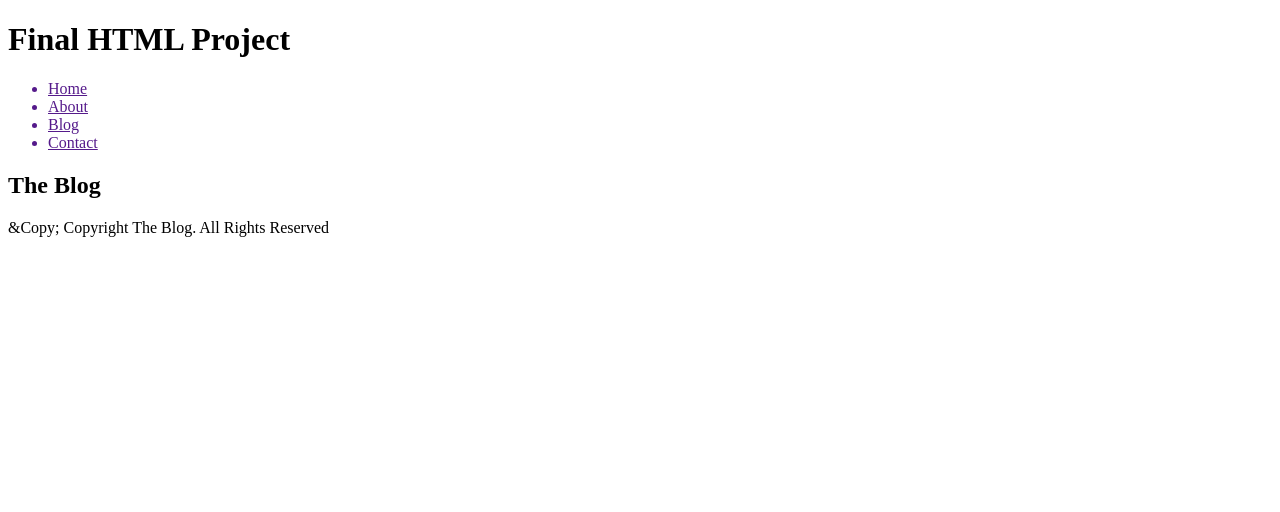
Repository: kmasih/finalHTMLProject
Page: index.HTML
These files come from the project's save history. The page is drawn as it stood at one moment and after the next save; the edit follows.
The browser window is 1280 px wide. The pictures show the whole page.

Above is the page before, as saved 2018-05-28 01:07:08.

After the next save:
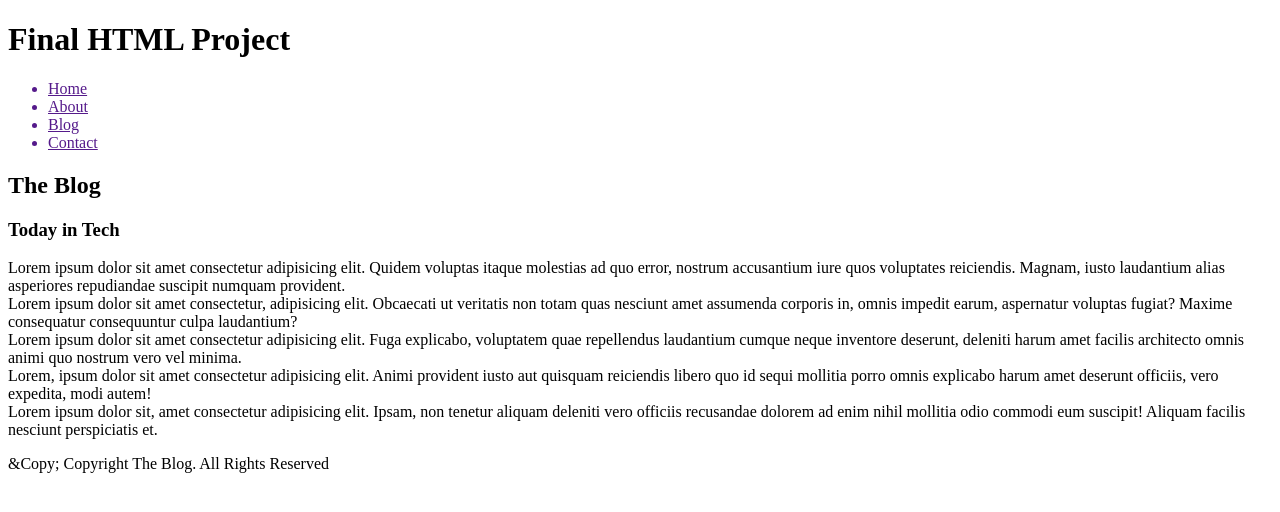
Saved 5 min 28 s later.
--- a/index.HTML
+++ b/index.HTML
@@ -49,7 +49,12 @@
     <section>
         <h2>The Blog</h2>
         <article>
+            <h3>Today in Tech</h3>
+
             <p>
+                Lorem ipsum dolor sit amet consectetur adipisicing elit. Quidem voluptas itaque molestias ad quo error, nostrum accusantium iure quos voluptates reiciendis. Magnam, iusto laudantium alias asperiores repudiandae suscipit numquam provident.<br>                Lorem ipsum dolor sit amet consectetur, adipisicing elit. Obcaecati ut veritatis non totam quas nesciunt amet assumenda corporis in, omnis impedit earum, aspernatur voluptas fugiat? Maxime consequatur consequuntur culpa laudantium?<br>                Lorem ipsum dolor sit amet consectetur adipisicing elit. Fuga explicabo, voluptatem quae repellendus laudantium cumque neque inventore deserunt, deleniti harum amet facilis architecto omnis animi quo nostrum vero vel minima.<br> Lorem,
+                ipsum dolor sit amet consectetur adipisicing elit. Animi provident iusto aut quisquam reiciendis libero quo id sequi mollitia porro omnis explicabo harum amet deserunt officiis, vero expedita, modi autem!<br> Lorem ipsum dolor sit, amet
+                consectetur adipisicing elit. Ipsam, non tenetur aliquam deleniti vero officiis recusandae dolorem ad enim nihil mollitia odio commodi eum suscipit! Aliquam facilis nesciunt perspiciatis et.<br>
 
             </p>
         </article>
